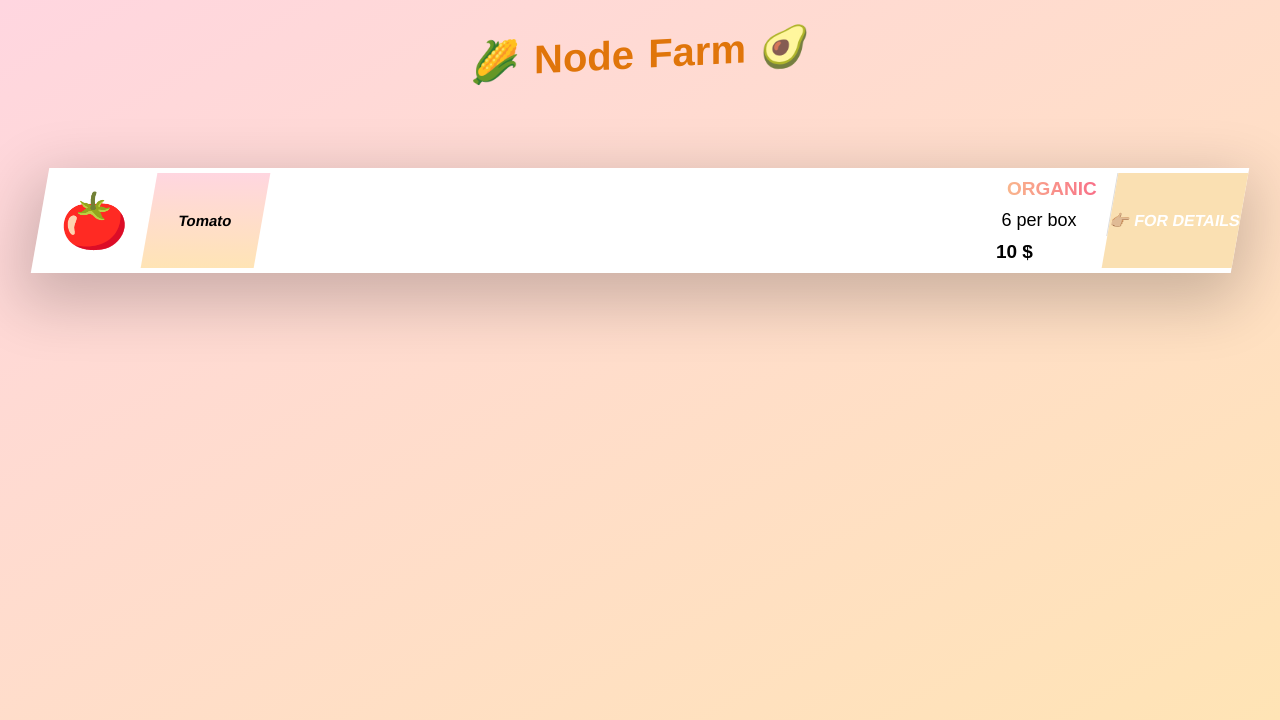
Repository: Kubraaygun/NodeFarm_Backend
Page: templates/overview.html
These files come from the project's save history. The page is drawn as it stood at one moment and after the next save; the edit follows.
The browser window is 1280 px wide. The pictures show the whole page.

Above is the page before, as saved 2025-09-02 21:17:45.

After the next save:
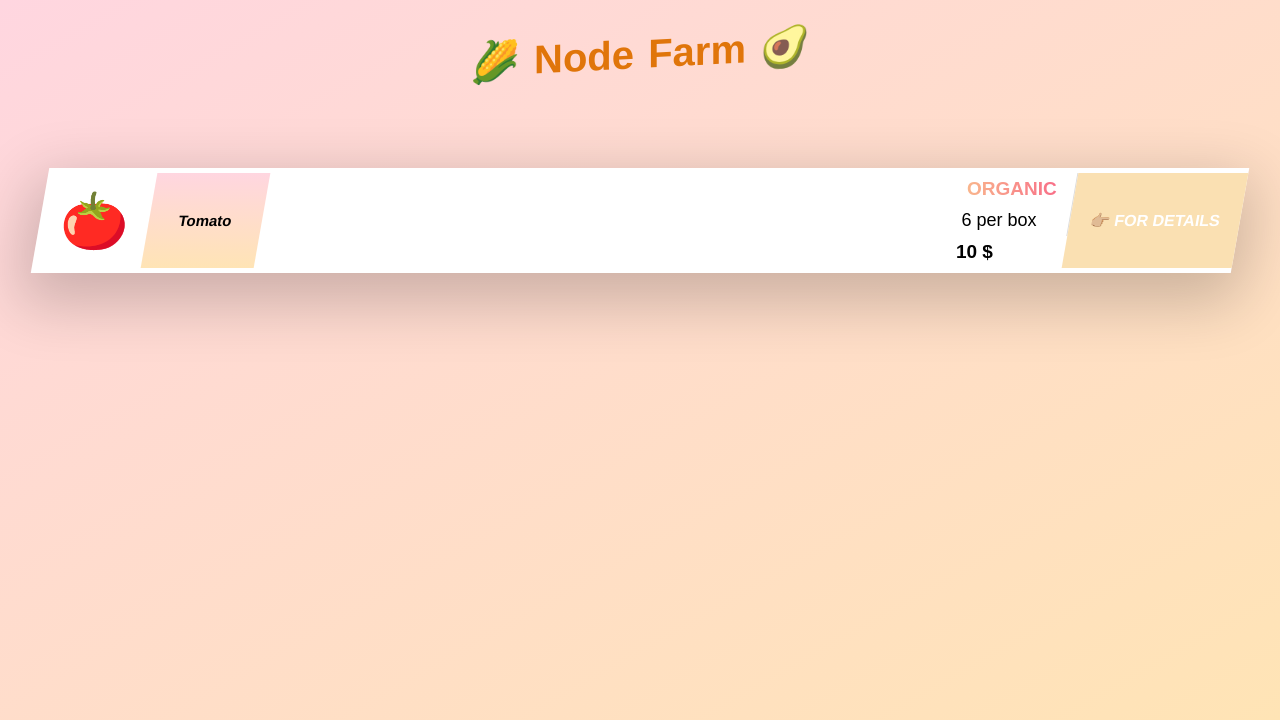
Saved 105 s later.
--- a/templates/overview.html
+++ b/templates/overview.html
@@ -107,7 +107,7 @@
         display: flex;
         align-items: center;
         justify-content: center;
-        pad: 1rem;
+        padding: 2rem;
       }
     </style>
   </head>
